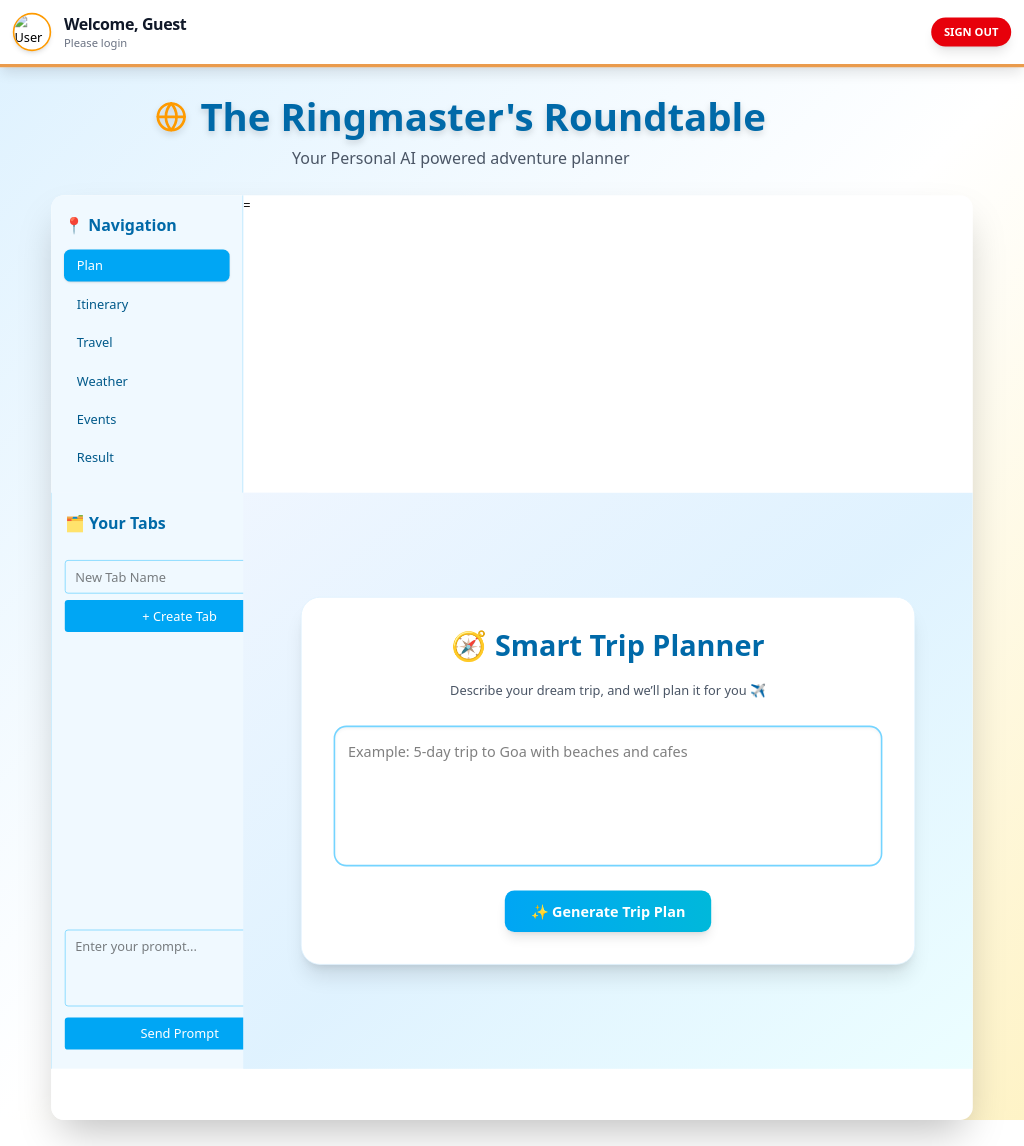
Repository: vega2006/The-Ringmaster-s-Roundtable
Page: /prompt (app in client/)
An editor plug-in stored every save of this project. The page is shown before and after the next save, followed by the edit.
The browser window is 1280 px wide. The pictures show the whole page, at 80% of full size.
The page's requests for data from a server got no answer. The project was rebuilt for these pictures with package versions that can differ from the ones it lists, and the page was loaded fresh each time. No one was signed in, and anything a server would have sent is missing. Also part of the build but not shown: client/vite.config.js, client/src/components/GoogleLogin.jsx, client/src/components/NotFound.jsx, client/src/components/Sidebar.jsx, client/src/components/PlanInput.jsx, client/src/components/WeatherContent.jsx, client/src/components/TravelContent.jsx, client/src/components/ItineraryContent.jsx and 8 more.

Above is the page before, as saved 2025-10-09 17:15:42.

After the next save:
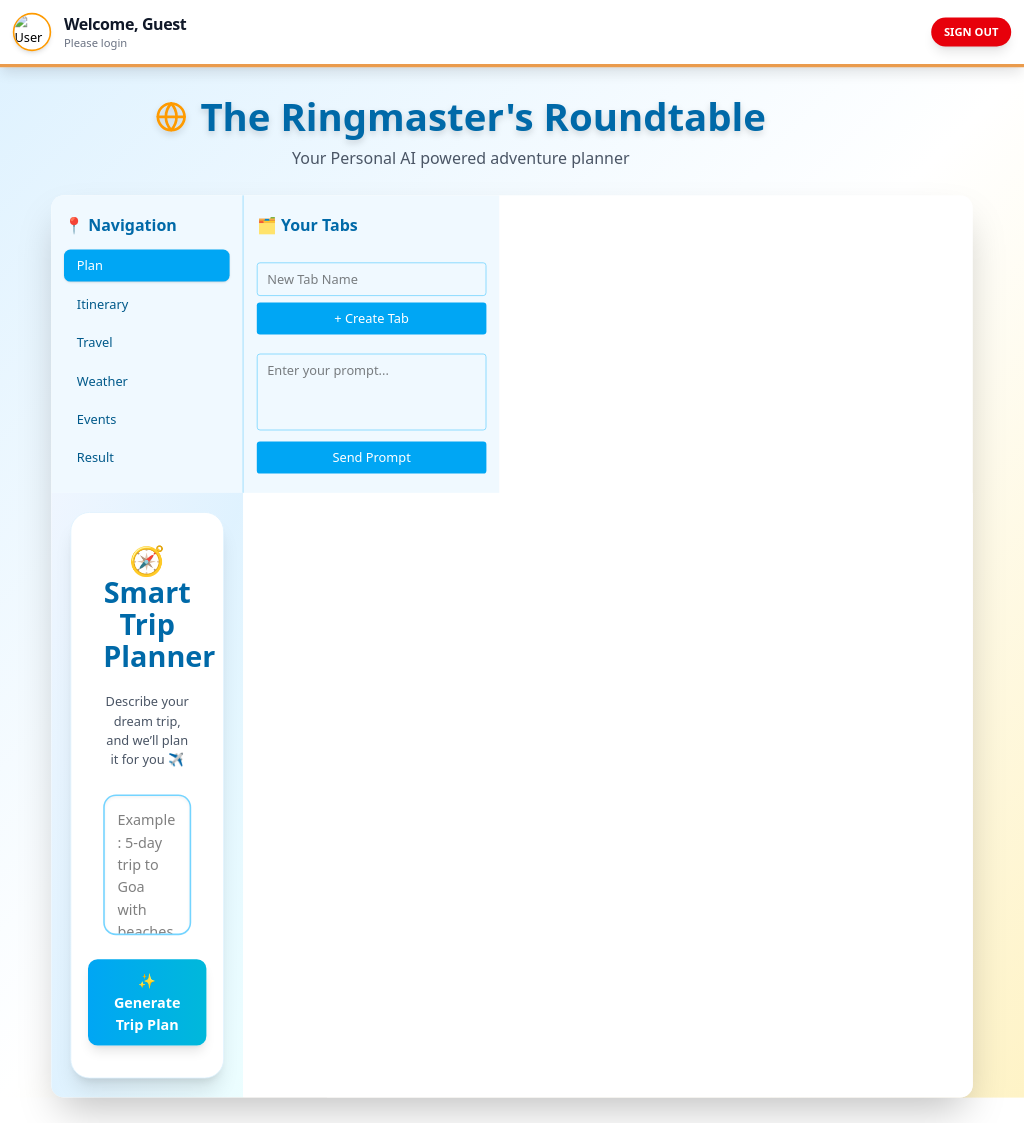
Saved 13 s later.
--- a/client/src/pages/AIDashboard.jsx
+++ b/client/src/pages/AIDashboard.jsx
@@ -65,7 +65,7 @@ const AIDashboard = () => {
             <PromptBasedSidebar />
 
 
-           =
+
               <RightSidebar/>
                             <AIContentRouter />
 
